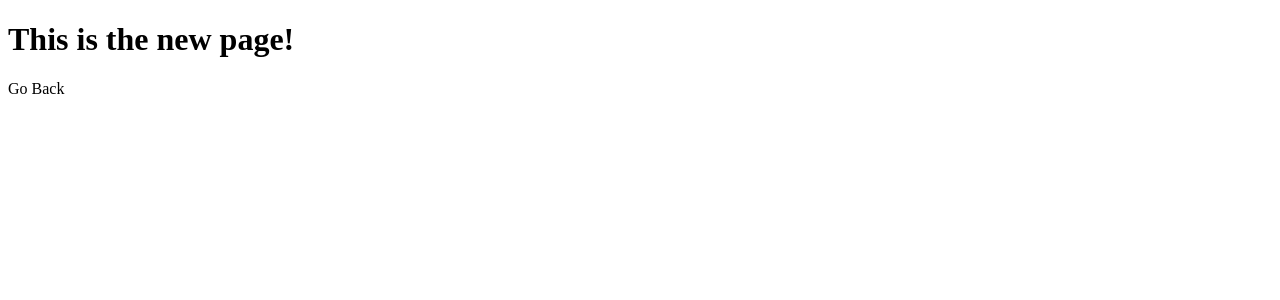
Repository: rileymeye1/ZTM
Page: newpage.html
The author's editor kept a copy of each file at every save. The page is drawn from the files as they stood at one save, then again after the next save.
The browser window is 1280 px wide. The pictures show the whole page.

Above is the page before, as saved 2024-08-17 21:31:08.

### newpage.html
<!DOCTYPE html>
<html lang="en">
  <head>
    <meta charset="UTF-8">
    <meta name="viewport" content="width=device-width, initial-scale=1.0">
    <title>Document</title>
  </head>
  <body>
    <h1>This is the new page!</h1>
    <p>Go Back</p>
  </body>
</html>

After the next save:
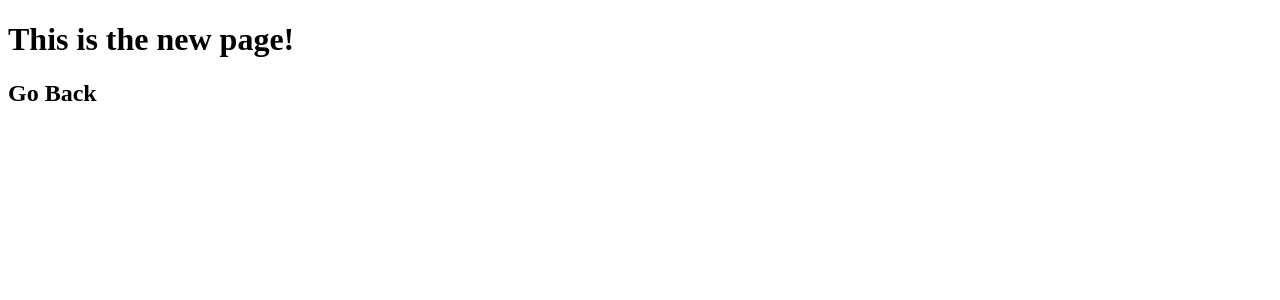
Saved 32 s later.
--- a/newpage.html
+++ b/newpage.html
@@ -7,6 +7,7 @@
   </head>
   <body>
     <h1>This is the new page!</h1>
-    <p>Go Back</p>
+    <h2>Go Back</h2>
+
   </body>
 </html>
